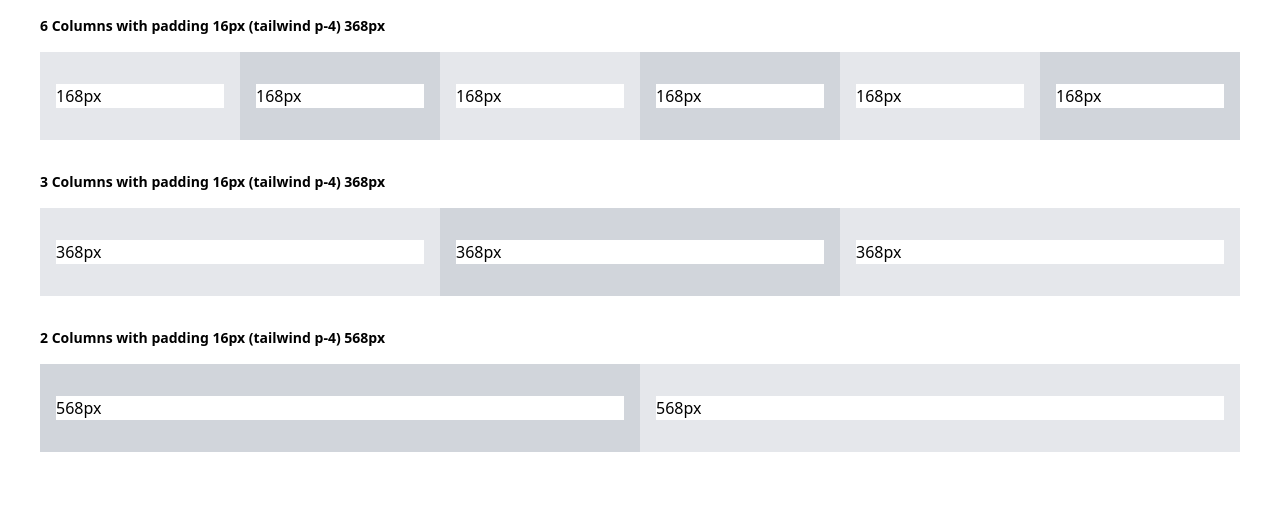
Repository: fabianwurk/vue-tailwind
Page: /
These files come from the project's save history. The page is drawn as it stood at one moment and after the next save; the edit follows.
The browser window is 1280 px wide. The pictures show the whole page.
The project was rebuilt for these pictures with package versions that can differ from the ones it lists, and the page was loaded fresh each time. Also part of the build but not shown: vite.config.js.

Above is the page before, as saved 2021-03-15 23:48:12.

After the next save:
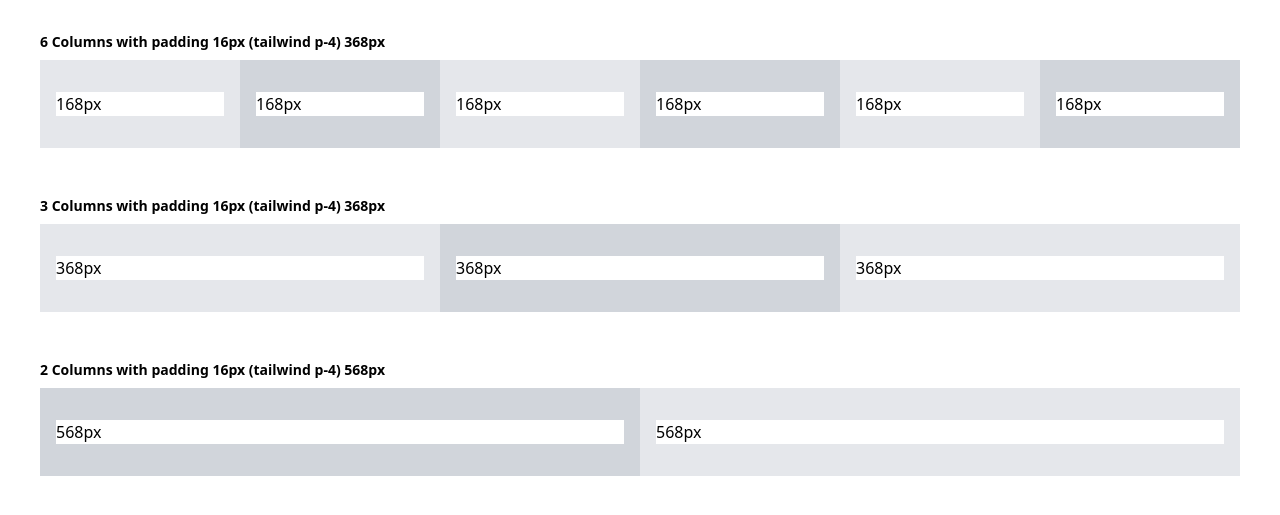
Saved 36 s later.
--- a/src/components/Tail.vue
+++ b/src/components/Tail.vue
@@ -2,7 +2,7 @@
   <div>
 
   <div class="container mx-auto">
-    <h2 class="text-sm font-bold my-4">6 Columns with padding 16px (tailwind p-4) {{ threeCol }}</h2>
+    <h2 class="text-sm font-bold mb-2 mt-8">6 Columns with padding 16px (tailwind p-4) {{ threeCol }}</h2>
     <div class="flex items-center">
       <div class="w-1/6 bg-gray-200 mb-4 mt-0 py-8 px-4">
         <span class="bg-white w-full block">{{ sixCol }}</span>
@@ -26,7 +26,7 @@
   </div>
 
   <div class="container mx-auto">
-    <h2 class="text-sm font-bold my-4">3 Columns with padding 16px (tailwind p-4) {{ threeCol }}</h2>
+    <h2 class="text-sm font-bold mb-2 mt-8">3 Columns with padding 16px (tailwind p-4) {{ threeCol }}</h2>
     <div class="flex items-center">
       <div class="w-1/3 bg-gray-200 mb-4 mt-0 py-8 px-4">
         <span class="bg-white w-full block">{{ threeCol }}</span>
@@ -41,7 +41,7 @@
   </div>
 
   <div class="container mx-auto">
-    <h2 class="text-sm font-bold my-4">2 Columns with padding 16px (tailwind p-4) {{ twoCol }}</h2>
+    <h2 class="text-sm font-bold mb-2 mt-8">2 Columns with padding 16px (tailwind p-4) {{ twoCol }}</h2>
     <div class="flex items-center">
       <div class="w-1/2 bg-gray-300 mb-4 mt-0 py-8 px-4">
         <span class="bg-white w-full block">{{ twoCol }}</span>
